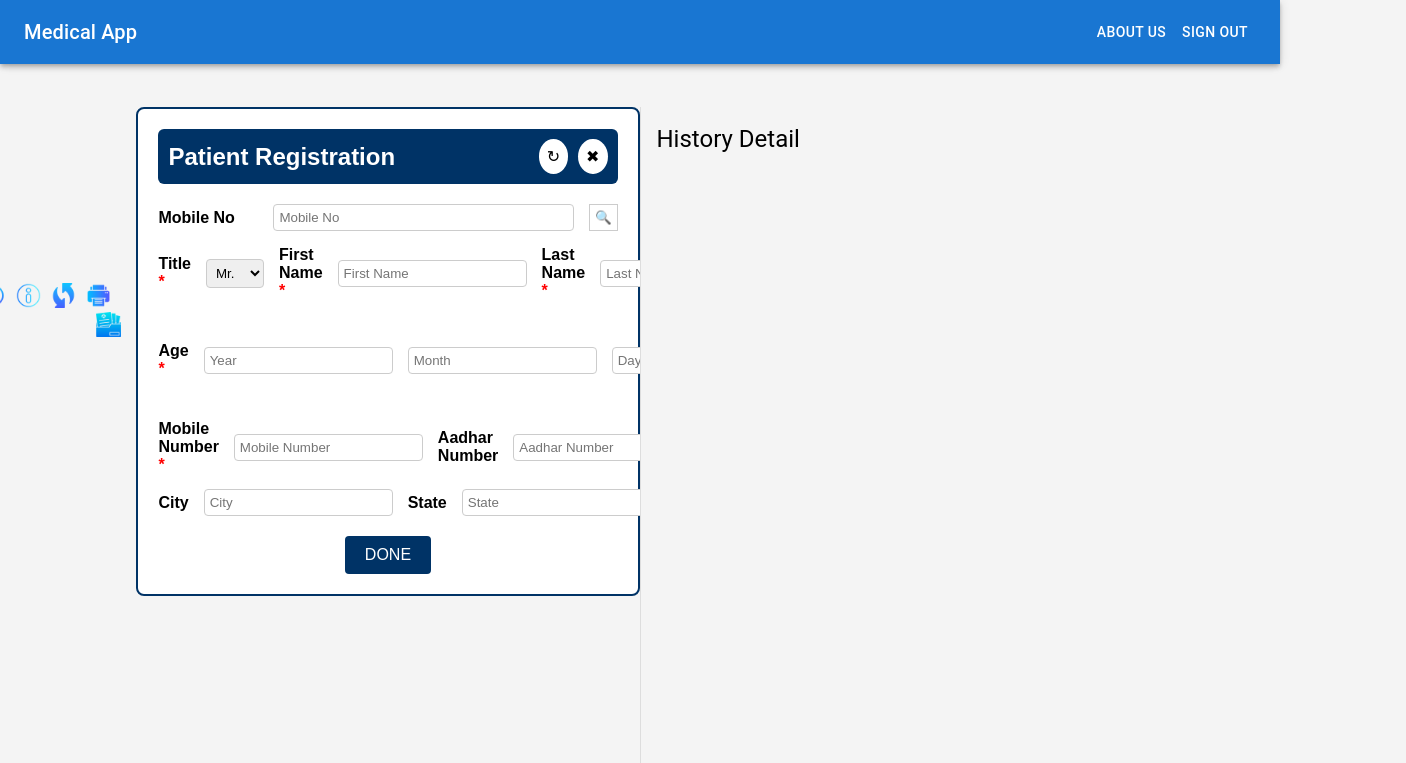
Repository: sshaiv/demo_project
Page: /
These files come from the project's save history. The page is drawn as it stood at one moment and after the next save; the edit follows.
The browser window is 1280 px wide. The page is 1406 px wide, then 1280 px, then 1406 px, so the pictures cover 1406 px, including what lies to the right of the window. The pictures show the whole page.
The project was rebuilt for these pictures with package versions that can differ from the ones it lists, and the page was loaded fresh each time.

Above is the page before, as saved 2024-08-12 21:55:44.

### src/App.js
// src/App.js
import React from 'react';
import { Box, Container } from '@mui/material';
import LeftSection from './components/LeftSection';
import RightSection from './components/RightSection';
import Header from './components/Header'; // Assuming you have a Header component
import NursingHeader from './components/NursingHeader';

const App = () => {
  return (
    <div>
      <Header /> {/* Include your header if you have one */}

      <Box
        sx={{
          position:'relative',
          top:'75px',
          display: 'flex',
          height: 'calc(100vh - 64px)', // Adjust height if you have a header
        }}
      >
        <Box sx={{ width: '50%', overflowY: 'scroll' }}>
          <LeftSection />
           <NursingHeader />
        </Box>
        <Box sx={{ width: '50%', borderLeft: '1px solid #ddd' }}>
          <RightSection />
        </Box>
      </Box>
    </div>
  );
};

export default App;

### src/components/LeftSection.jsx
// src/components/LeftSection.js
import React from 'react';
// import { Box, Typography, TextField, Grid } from '@mui/material';

const LeftSection = () => {
  return (
   <div></div>
  );
};

export default LeftSection;

### src/components/RightSection.jsx
// src/components/RightSection.js
import React from 'react';
import { Box, Typography } from '@mui/material';

const RightSection = () => {
  return (
    <Box
      sx={{
        width: '100%',
        height: 'calc(100vh - 64px)',
        padding: '16px',
        boxSizing: 'border-box',
      }}
    >
      <Typography variant="h5" gutterBottom>
        History Detail
      </Typography>
      {/* Add more content as needed */}
    </Box>
  );
};

export default RightSection;

### src/components/Header.js
import React from 'react';
import { AppBar, Toolbar, Typography, Button } from '@mui/material';

const Header = () => {
  return (
    <AppBar position="fixed">
      <Toolbar>
        <Typography variant="h6" style={{ flexGrow: 1 }}>
          Medical App
        </Typography>
        <Button color="inherit">About Us</Button>
        <Button color="inherit">Sign Out</Button>
      </Toolbar>
    </AppBar>
  );
};

export default Header;

### src/components/NursingHeader.js
// import React from "react";
import React, { useState } from "react";
import Modal from "./AddPatient";
import  '../cssfile/style.css'

const NursingHeader = () => {
    const [isModalOpen, setIsModalOpen] = useState(false);

    const openModal = () => {
      setIsModalOpen(true);
    };

    const closeModal = () => {
      setIsModalOpen(false);
    };

  return (
    <div id="NursingHeader" className="container-fluid">
      <div className="row">
        {/* Employee Image */}
        <div className="col-md-1">
          <img
            src="/assets/2000px-User_icon_2.svg.png"
            style={{
              width: "50px",
              height: "50px",
              marginRight: "10px",
              cursor: "pointer",
            }}
            alt=""
            onClick={() => console.log("Add Patient Clicked")}
          />
        </div>

        {/* Patient Information */}
        <div className="col-md-5">
          <div
            className="input-group input-group-sm"
            style={{ fontWeight: "bolder", border: "none" }}
          >
            <span
              id="txtPatName"
              style={{
                display: "inline",
                fontWeight: "bolder",
                border: "none",
              }}
            >
              {/* Patient Name */}
            </span>
            <span
              id="txtAgeSex"
              style={{
                display: "inline",
                fontWeight: "bolder",
                border: "none",
              }}
            >
              {/* Age and Sex */}
            </span>
            <span
              id="txtNurIpdNo"
              style={{
                display: "inline",
                fontWeight: "bolder",
                border: "none",
              }}
            >
              {/* Nurse IPD Number */}
            </span>
            <span
              id="txtMobNo"
              className="glyphicon glyphicon-phone"
              style={{
                display: "inline",
                fontWeight: "bolder",
                fontSize: "15px",
                border: "none",
              }}
            >
              {/* Mobile Number */}
            </span>
          </div>
        </div>

        {/* Action Buttons */}
        <div
        className="col-md-6"
        style={{ textAlign: "right", position: "relative", bottom: "40px" }}
      >
        <img
          src="/assets/addpatients.png"
          style={{
            width: "25px",
            height: "25px",
            marginRight: "10px",
            cursor: "pointer",
          }}
          alt="ADD"
          onClick={openModal}
        />
        <img
          src="/assets/info-button.png"
          style={{
            width: "25px",
            height: "25px",
            marginRight: "10px",
            cursor: "pointer",
          }}
          alt="Info"
          onClick={() => console.log("Info Button Clicked")}
        />
        <img
          src="/assets/refresh.png"
          style={{
            width: "25px",
            height: "25px",
            marginRight: "10px",
            cursor: "pointer",
          }}
          alt="Refresh"
          onClick={() => console.log("Refresh Clicked")}
        />
        <img
          src="/assets/printer.png"
          style={{
            width: "25px",
            height: "25px",
            marginRight: "10px",
            cursor: "pointer",
          }}
          alt="Print"
          onClick={() => console.log("Print Clicked")}
        />
        <img
          src="/assets/folder.png"
          style={{ width: "25px", height: "25px", cursor: "pointer" }}
          alt="Folder"
          onClick={() => console.log("Folder Clicked")}
        />
      </div>

      {/* Modal */}
      <Modal isOpen={isModalOpen} onClose={closeModal}>
        <h2>Add Patient</h2>
        <form>
          {/* Your form fields go here */}
          <div>
            <label>Name:</label>
            <input type="text" name="name" />
          </div>
          <div>
            <label>Age:</label>
            <input type="number" name="age" />
          </div>
          <div>
            <label>Gender:</label>
            <select name="gender">
              <option value="male">Male</option>
              <option value="female">Female</option>
            </select>
          </div>
          <button type="submit">Submit</button>
        </form>
      </Modal>
      </div>

      {/* Hidden Fields */}
      <div className="row">
        <div className="col-md-1" hidden>
          <label>Bed No.</label>
          <input
            id="txtBedNo"
            type="text"
            className="form-control form-control-readonly"
            readOnly
            disabled
          />
        </div>
        <div className="col-md-1" hidden>
          <label>Age</label>
          <input
            id="txtAge"
            type="text"
            className="form-control form-control-readonly"
            readOnly
            disabled
          />
        </div>
        <div className="col-md-1" hidden>
          <label>Gender</label>
          <input
            id="txtGender"
            type="text"
            className="form-control form-control-readonly"
            readOnly
            disabled
          />
        </div>
      </div>
    </div>
  );
};

// Reusable Button Component
const Button = ({ id, imgSrc, onClick, title, disabled }) => (
  <button
    id={id}
    className="btn btn-primary btn-sm"
    style={{ backgroundColor: "transparent" }}
    onClick={onClick}
    title={title}
    disabled={disabled}
  >
    <img
      src={imgSrc}
      style={{ width: "25px", height: "25px" }}
      alt={title || "button"}
    />
  </button>
);

export default NursingHeader;

### src/components/AddPatient.js
import React from 'react';
// import '/project/my-app/src/hms_css/NursingHeader.css';
import  '../cssfile/style.css'

const AddPatient = () => {
  const handleDocumentPatientFile = (type) => {
    console.log(`Document Patient File Type: ${type}`);
  };

  const handleRefreshDocExmn = () => {
    console.log('Refresh Document Examination');
  };

  const handleGetReportDoctorExmnData = () => {
    console.log('Get Report Doctor Examination Data');
  };

  const handleOnClose = () => {
    console.log('Close');
  };

  return (
    <div className="container">
      <div className="header">
        <h2>Patient Registration</h2>
        <div className="buttons">
          <button className="refresh-btn" onClick={handleRefreshDocExmn}>
            &#x21bb;
          </button>
          <button className="close-btn" onClick={handleOnClose}>
            &#x2716;
          </button>
        </div>
      </div>
      <form className="patient-form">
        <div className="row">
          <label>Mobile No</label>
          <input type="text" placeholder="Mobile No" />
          <button className="search-btn">&#x1F50D;</button>
        </div>

        <div className="row">
          <label>
            Title <span className="required">*</span>
          </label>
          <select>
            <option>Mr.</option>
            <option>Mrs.</option>
            <option>Ms.</option>
          </select>

          <label>
            First Name <span className="required">*</span>
          </label>
          <input type="text" placeholder="First Name" />

          <label>
            Last Name <span className="required">*</span>
          </label>
          <input type="text" placeholder="Last Name" />
        </div>

        <div className="row">
          <label>
            Age <span className="required">*</span>
          </label>
          <input type="text" placeholder="Year" />
          <input type="text" placeholder="Month" />
          <input type="text" placeholder="Day" />

          <label>
            Date of Birth (DOB) <span className="required">*</span>
          </label>
          <input type="text" placeholder="DD/MM/YYYY" />

          <label>
            Gender <span className="required">*</span>
          </label>
          <select>
            <option>Male</option>
            <option>Female</option>
            <option>Other</option>
          </select>
        </div>

        <div className="row">
          <label>
            Mobile Number <span className="required">*</span>
          </label>
          <input type="text" placeholder="Mobile Number" />

          <label>Aadhar Number</label>
          <input type="text" placeholder="Aadhar Number" />

          <label>Address</label>
          <input type="text" placeholder="Address" />
        </div>

        <div className="row">
          <label>City</label>
          <input type="text" placeholder="City" />

          <label>State</label>
          <input type="text" placeholder="State" />

          <label>Country</label>
          <input type="text" placeholder="Country" />
        </div>

        <div className="footer">
          <button type="submit" className="done-btn">
            DONE
          </button>
        </div>
      </form>
    </div>
  );
};

export default AddPatient;

### src/cssfile/style.css
body {
    font-family: Arial, sans-serif;
    background-color: #f4f4f4;
    display: flex;
    justify-content: center;
    align-items: center;
    height: 100vh;
    margin: 0;
  }

  .container {
    background-color: white;
    width: 60%;
    border: 2px solid #003366;
    border-radius: 8px;
    padding: 20px;
  }

  .header {
    display: flex;
    justify-content: space-between;
    align-items: center;
    background-color: #003366;
    color: white;
    padding: 10px;
    border-radius: 6px;
  }

  .header h2 {
    margin: 0;
  }

  .buttons {
    display: flex;
    gap: 10px;
  }

  .buttons button {
    background-color: white;
    border: none;
    border-radius: 50%;
    padding: 8px;
    cursor: pointer;
    font-size: 16px;
  }

  .patient-form {
    margin-top: 20px;
  }

  .row {
    display: flex;
    align-items: center;
    margin-bottom: 15px;
    gap: 15px;
  }

  .row label {
    width: 100px;
    font-weight: bold;
  }

  .row input,
  .row select {
    flex: 1;
    padding: 5px;
    border: 1px solid #ccc;
    border-radius: 4px;
  }

  .row .required {
    color: red;
  }

  .search-btn {
    background-color: #fff;
    border: 1px solid #ccc;
    padding: 5px;
    cursor: pointer;
  }

  .footer {
    display: flex;
    justify-content: center;
    margin-top: 20px;
  }

  .done-btn {
    background-color: #003366;
    color: white;
    padding: 10px 20px;
    border: none;
    border-radius: 4px;
    cursor: pointer;
    font-size: 16px;
  }

Loaded but not shown: public/index.html (common file); src/index.js (common file); src/index.css (common file)

After the next save:
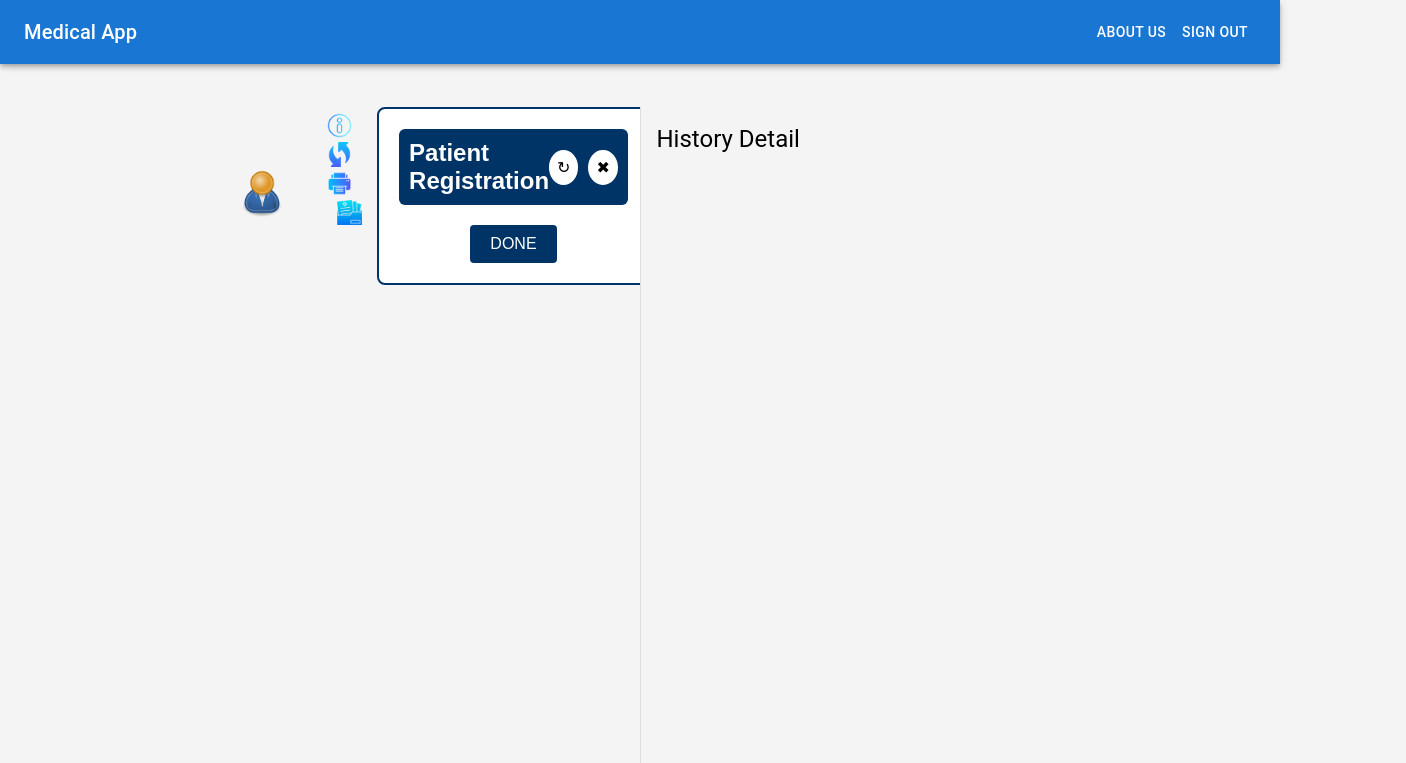
Saved 6 min 30 s later.
--- a/src/components/AddPatient.js
+++ b/src/components/AddPatient.js
@@ -1,6 +1,6 @@
 import React from 'react';
 // import '/project/my-app/src/hms_css/NursingHeader.css';
-import  '../cssfile/style.css'
+import '../cssfile/style.css';
 
 const AddPatient = () => {
   const handleDocumentPatientFile = (type) => {
@@ -33,80 +33,7 @@
         </div>
       </div>
       <form className="patient-form">
-        <div className="row">
-          <label>Mobile No</label>
-          <input type="text" placeholder="Mobile No" />
-          <button className="search-btn">&#x1F50D;</button>
-        </div>
-
-        <div className="row">
-          <label>
-            Title <span className="required">*</span>
-          </label>
-          <select>
-            <option>Mr.</option>
-            <option>Mrs.</option>
-            <option>Ms.</option>
-          </select>
-
-          <label>
-            First Name <span className="required">*</span>
-          </label>
-          <input type="text" placeholder="First Name" />
-
-          <label>
-            Last Name <span className="required">*</span>
-          </label>
-          <input type="text" placeholder="Last Name" />
-        </div>
-
-        <div className="row">
-          <label>
-            Age <span className="required">*</span>
-          </label>
-          <input type="text" placeholder="Year" />
-          <input type="text" placeholder="Month" />
-          <input type="text" placeholder="Day" />
-
-          <label>
-            Date of Birth (DOB) <span className="required">*</span>
-          </label>
-          <input type="text" placeholder="DD/MM/YYYY" />
-
-          <label>
-            Gender <span className="required">*</span>
-          </label>
-          <select>
-            <option>Male</option>
-            <option>Female</option>
-            <option>Other</option>
-          </select>
-        </div>
-
-        <div className="row">
-          <label>
-            Mobile Number <span className="required">*</span>
-          </label>
-          <input type="text" placeholder="Mobile Number" />
-
-          <label>Aadhar Number</label>
-          <input type="text" placeholder="Aadhar Number" />
-
-          <label>Address</label>
-          <input type="text" placeholder="Address" />
-        </div>
-
-        <div className="row">
-          <label>City</label>
-          <input type="text" placeholder="City" />
-
-          <label>State</label>
-          <input type="text" placeholder="State" />
-
-          <label>Country</label>
-          <input type="text" placeholder="Country" />
-        </div>
-
+        {/* ...form elements... */}
         <div className="footer">
           <button type="submit" className="done-btn">
             DONE

After the save that followed:
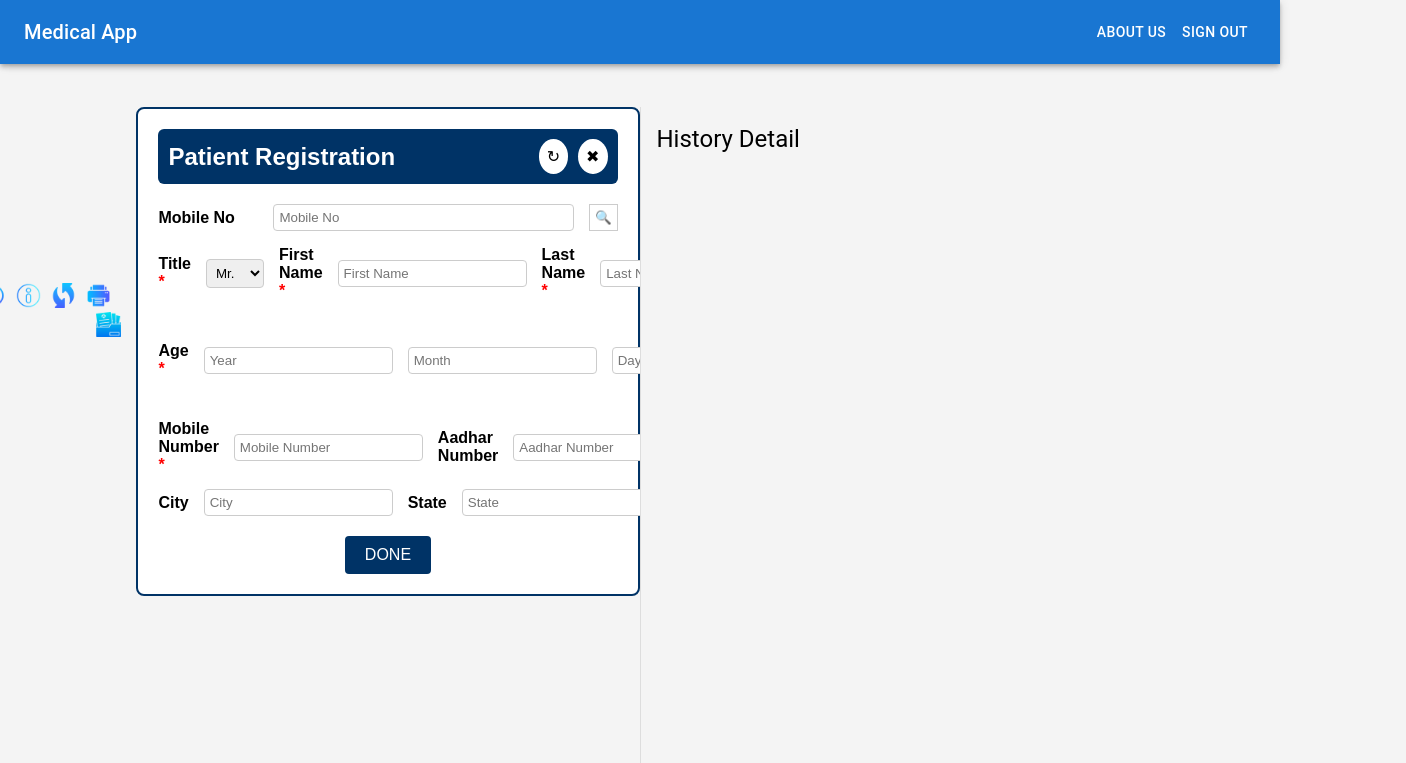
Saved 26 s later.
--- a/src/components/AddPatient.js
+++ b/src/components/AddPatient.js
@@ -33,7 +33,80 @@
         </div>
       </div>
       <form className="patient-form">
-        {/* ...form elements... */}
+        <div className="row">
+          <label>Mobile No</label>
+          <input type="text" placeholder="Mobile No" />
+          <button className="search-btn">&#x1F50D;</button>
+        </div>
+
+        <div className="row">
+          <label>
+            Title <span className="required">*</span>
+          </label>
+          <select>
+            <option>Mr.</option>
+            <option>Mrs.</option>
+            <option>Ms.</option>
+          </select>
+
+          <label>
+            First Name <span className="required">*</span>
+          </label>
+          <input type="text" placeholder="First Name" />
+
+          <label>
+            Last Name <span className="required">*</span>
+          </label>
+          <input type="text" placeholder="Last Name" />
+        </div>
+
+        <div className="row">
+          <label>
+            Age <span className="required">*</span>
+          </label>
+          <input type="text" placeholder="Year" />
+          <input type="text" placeholder="Month" />
+          <input type="text" placeholder="Day" />
+
+          <label>
+            Date of Birth (DOB) <span className="required">*</span>
+          </label>
+          <input type="text" placeholder="DD/MM/YYYY" />
+
+          <label>
+            Gender <span className="required">*</span>
+          </label>
+          <select>
+            <option>Male</option>
+            <option>Female</option>
+            <option>Other</option>
+          </select>
+        </div>
+
+        <div className="row">
+          <label>
+            Mobile Number <span className="required">*</span>
+          </label>
+          <input type="text" placeholder="Mobile Number" />
+
+          <label>Aadhar Number</label>
+          <input type="text" placeholder="Aadhar Number" />
+
+          <label>Address</label>
+          <input type="text" placeholder="Address" />
+        </div>
+
+        <div className="row">
+          <label>City</label>
+          <input type="text" placeholder="City" />
+
+          <label>State</label>
+          <input type="text" placeholder="State" />
+
+          <label>Country</label>
+          <input type="text" placeholder="Country" />
+        </div>
+
         <div className="footer">
           <button type="submit" className="done-btn">
             DONE
